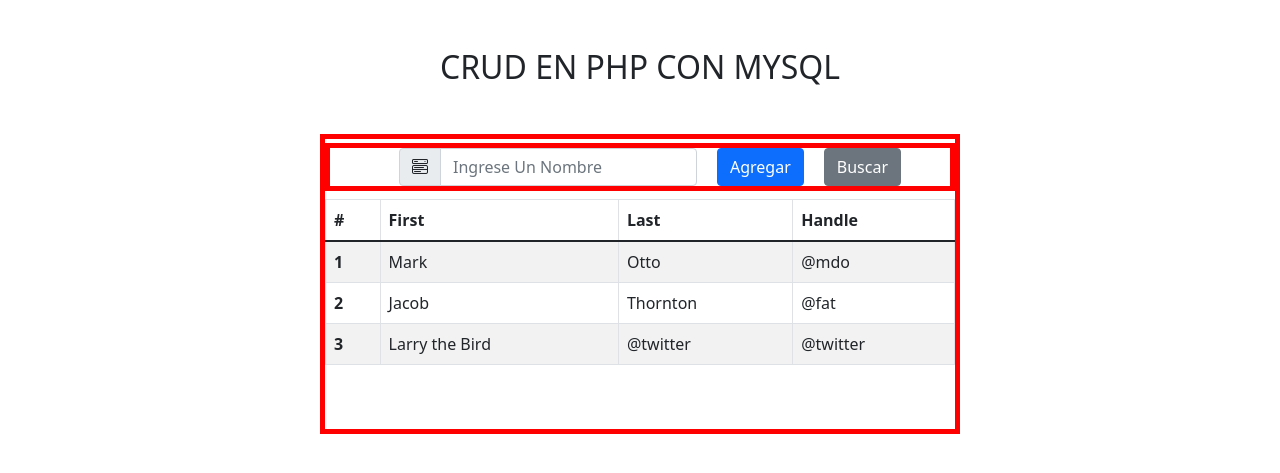
Repository: nder1996/CRUD_SENCILLO
Page: http://localhost/
The author's editor kept a copy of each file at every save. The page is drawn from the files as they stood at one save, then again after the next save.
The browser window is 1280 px wide. The pictures show the whole page.
The page is run by PHP 8.4 with error messages shown; the project is at /var/www/html/.

Above is the page before, as saved 2021-10-04 20:09:48.

After the next save:
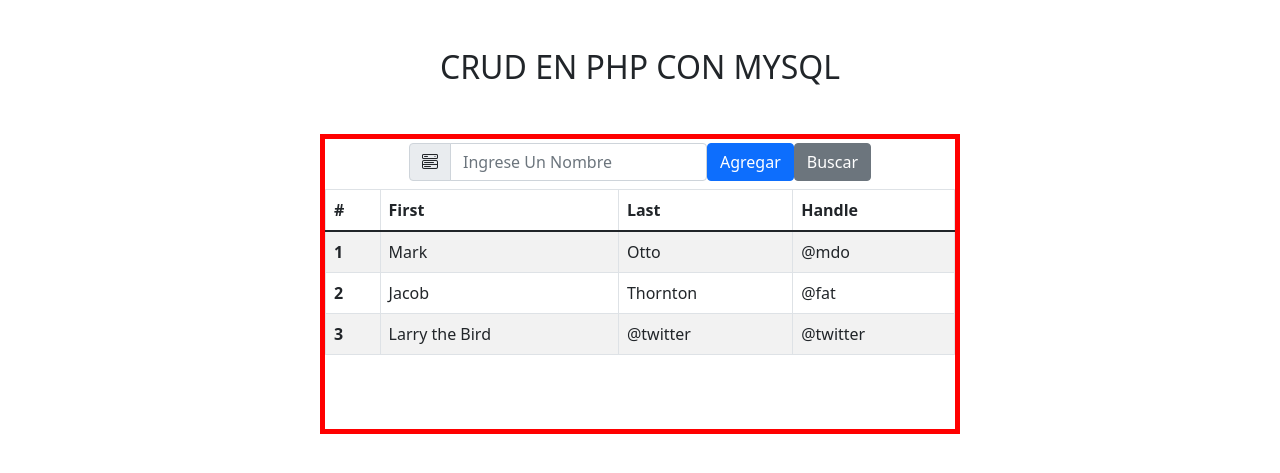
Saved 7 s later.
--- a/CRUD - SILENCIADO/css/estilos.css
+++ b/CRUD - SILENCIADO/css/estilos.css
@@ -6,7 +6,7 @@
 }
 
 .input_button{
-    border:5px solid red;
+   /* border:5px solid red;
 }
 
 .input_button section{
